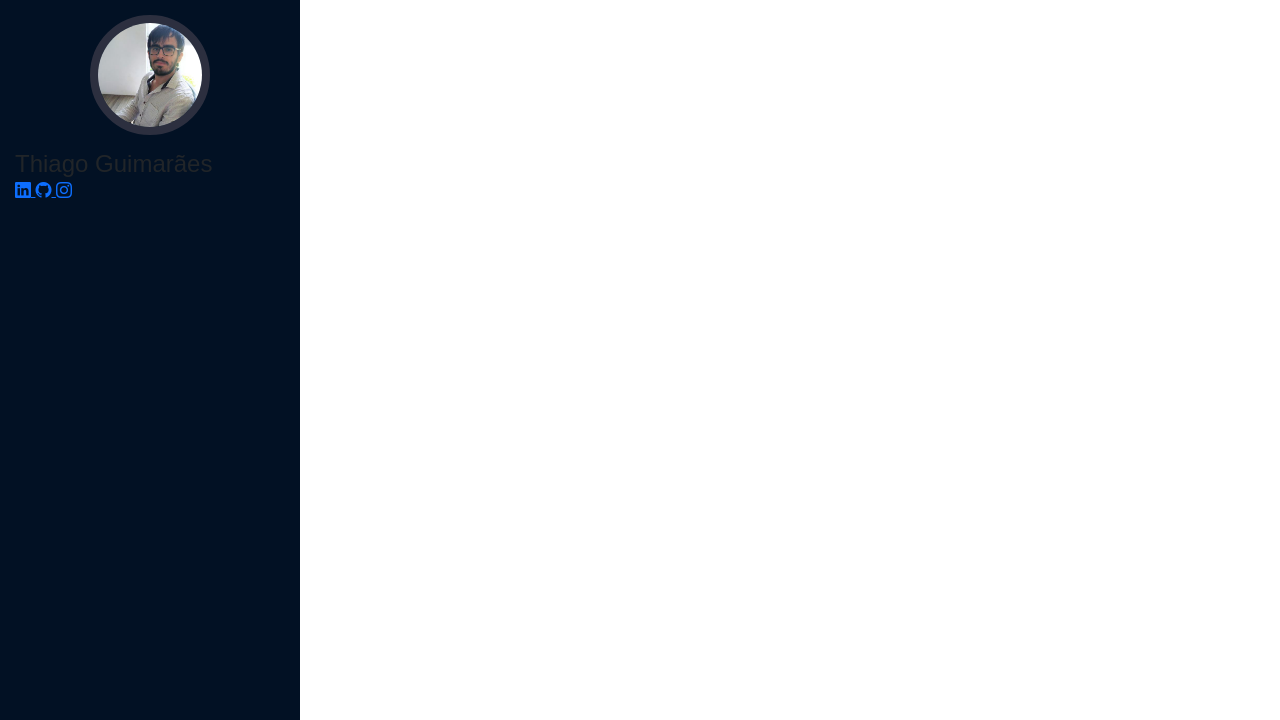
Repository: Rayago/projeto-portfolio
Page: http://localhost/
An editor plug-in stored every save of this project. The page is shown before and after the next save, followed by the edit.
The browser window is 1280 px wide. The pictures show the whole page.
Some web fonts or font styles are not loaded; a fallback is used. The page is served by the project's application, run on Flask 3 (app.py).

Above is the page before, as saved 2022-07-11 23:07:20.

After the next save:
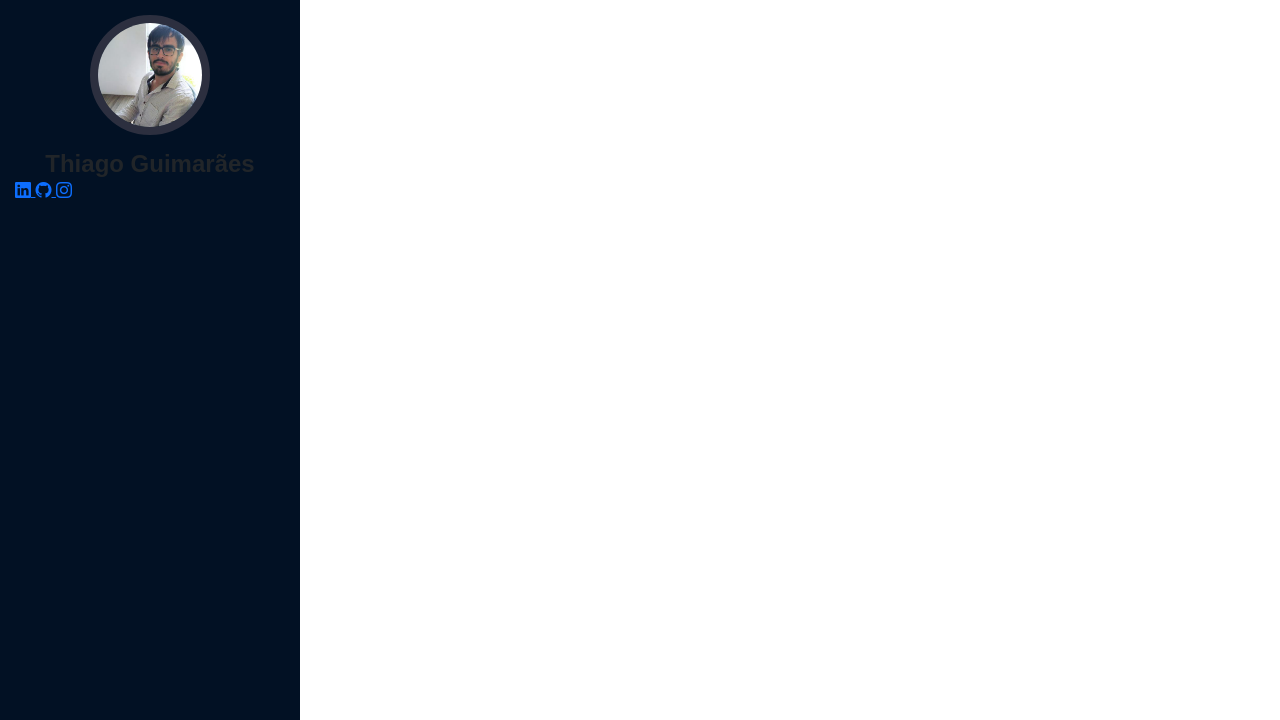
Saved 14 s later.
--- a/static/style.css
+++ b/static/style.css
@@ -31,4 +31,6 @@ html, body {
     font-size: 24px;
     margin: 0;
     padding: 0;
+    font-weight: 600;
+    text-align: center;
 }
